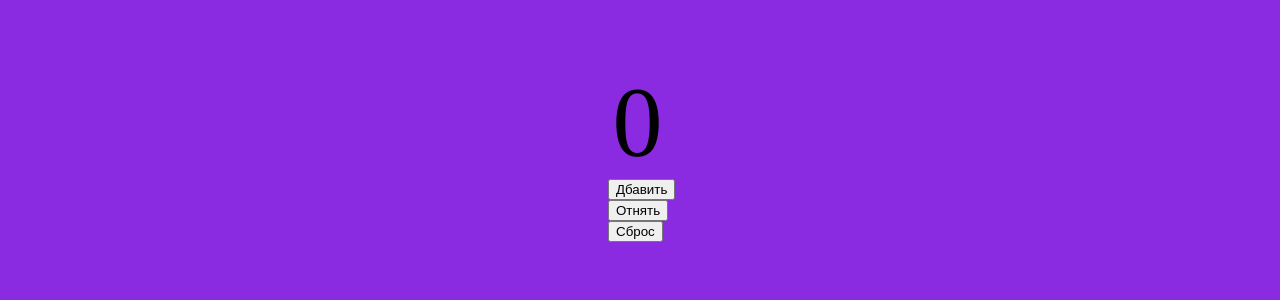
Repository: Denzoll/redux-toolkit-counter
Page: /
The author's editor kept a copy of each file at every save. The page is drawn from the files as they stood at one save, then again after the next save.
The browser window is 1280 px wide. The pictures show the whole page.
The project was rebuilt for these pictures with package versions that can differ from the ones it lists, and the page was loaded fresh each time. Also part of the build but not shown: src/index.css.

Above is the page before, as saved 2022-06-27 13:30:36.

### src/index.js
import React from 'react';
import ReactDOM from 'react-dom/client';
import './index.css';
import App from './App';
import { store } from './app/store';
import { Provider } from 'react-redux/es/exports';


const root = ReactDOM.createRoot(document.getElementById('root'));
root.render(

   <Provider store={store}>
    <App />

  </Provider>

);

// If you want to start measuring performance in your app, pass a function
// to log results (for example: reportWebVitals(console.log))
// or send to an analytics endpoint. Learn more: https://bit.ly/CRA-vitals

### src/App.js
import { useSelector, useDispatch } from "react-redux";
import { minus, plus, zero } from "./feauters/counterReducer";
import './App.css'

function App() {
  const num = useSelector((state) => state.counter);
  const dispach = useDispatch();
  const handleInc = () => {
    dispach(plus());
  };
  const handleDel = () => {
    dispach(minus());
  };

  const z = () => {
    dispach(zero());
  };
  return (
    <>
    <div className="cont">
      <div className="count">{num}</div>
      <button onClick={handleInc}> Дбавить </button>
      <button onClick={handleDel}>Отнять</button>
      <button onClick={z}> Сброс </button>
      </div>
    </>
  );
}

export default App;

### src/app/store.js
import { configureStore } from "@reduxjs/toolkit";
import counterReducer from "../feauters/counterReducer";

export const  store = configureStore({
    reducer:counterReducer
})

### src/feauters/counterReducer.js
import { createAction } from "@reduxjs/toolkit/";
import { createReducer } from "@reduxjs/toolkit";

const initialState = {
  counter: 0,
};
export const plus = createAction("plus");
export const minus = createAction("minus");
export const zero = createAction("zero");

const counterReducer = createReducer(initialState, (builder) => {
  builder
    .addCase(plus, (state, action) => {
      state.counter += 1;
    })
    .addCase(minus, (state) => {
      if (state.counter > 0) {
        state.counter -= 1;
      }
    })
    .addCase(zero, (state) => {
      state.counter = 0;
    });
});

export default counterReducer;

### src/App.css
body {
  background-color: blueviolet;
  margin:0 auto;
  width: 5%;
  margin-top: 5%;
}





.count {
  font-size: 100px;
  margin-left: 7%;
}

Loaded but not shown: public/index.html (common file)

After the next save:
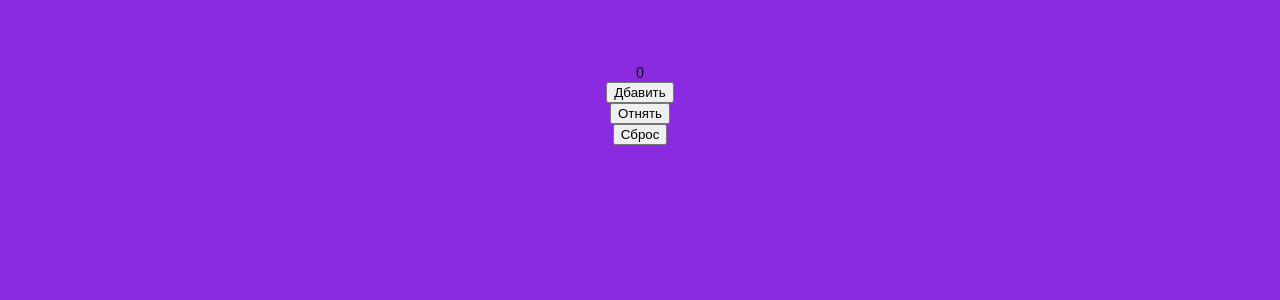
Saved 28 s later.
--- a/src/App.css
+++ b/src/App.css
@@ -1,15 +1,19 @@
 body {
   background-color: blueviolet;
   margin:0 auto;
-  width: 5%;
+  width: 65%;
   margin-top: 5%;
 }
 
 
 
-
-
+.cont {
+  display: flex;
+  flex-direction: column;
+  align-items: center;
+}
+/*
 .count {
   font-size: 100px;
   margin-left: 7%;
-}
+} */
